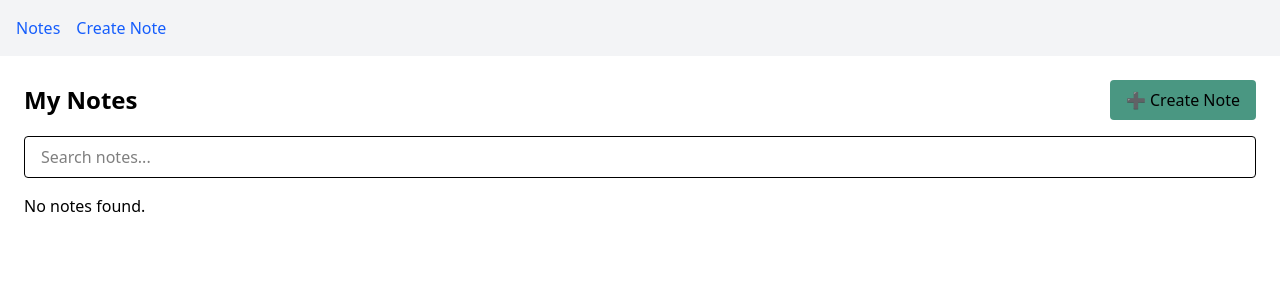
Repository: pin-seavmuy/NoteApplication
Page: / (app in note-vue/)
An editor plug-in stored every save of this project. The page is shown before and after the next save, followed by the edit.
The browser window is 1280 px wide. The pictures show the whole page.
The page's requests for data from a server got no answer. The project was rebuilt for these pictures with package versions that can differ from the ones it lists, and the page was loaded fresh each time. No one was signed in, and anything a server would have sent is missing. Also part of the build but not shown: note-vue/vite.config.ts, note-vue/src/components/NoteWrapper.vue, note-vue/src/views/CreateNote.vue, note-vue/src/views/NoteDetail.vue, note-vue/src/views/UpdateNote.vue.

Above is the page before, as saved 2025-09-16 10:48:43.

After the next save:
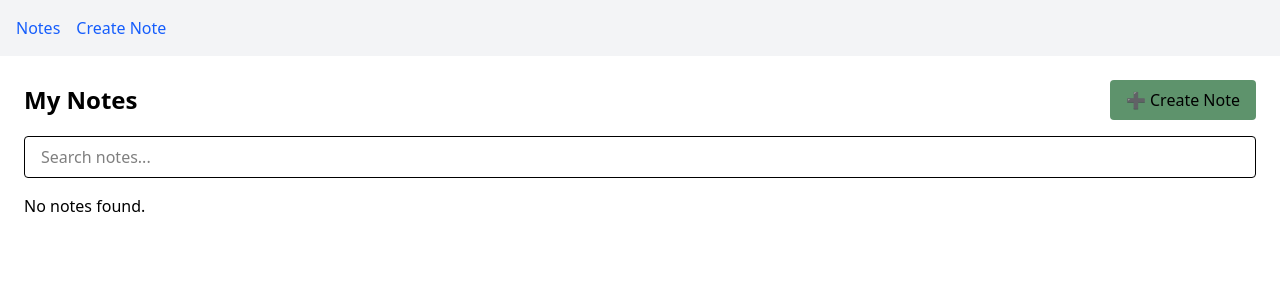
Saved 4 min 11 s later.
--- a/note-vue/src/views/NotesList.vue
+++ b/note-vue/src/views/NotesList.vue
@@ -5,7 +5,7 @@
       <router-link
         to="/create"
         class="text-base px-4 py-2 rounded text-black hover:brightness-90"
-        style="background-color: #4A9782;"
+        style="background-color: #5E936C;"
       >
         ➕ Create Note
       </router-link>
